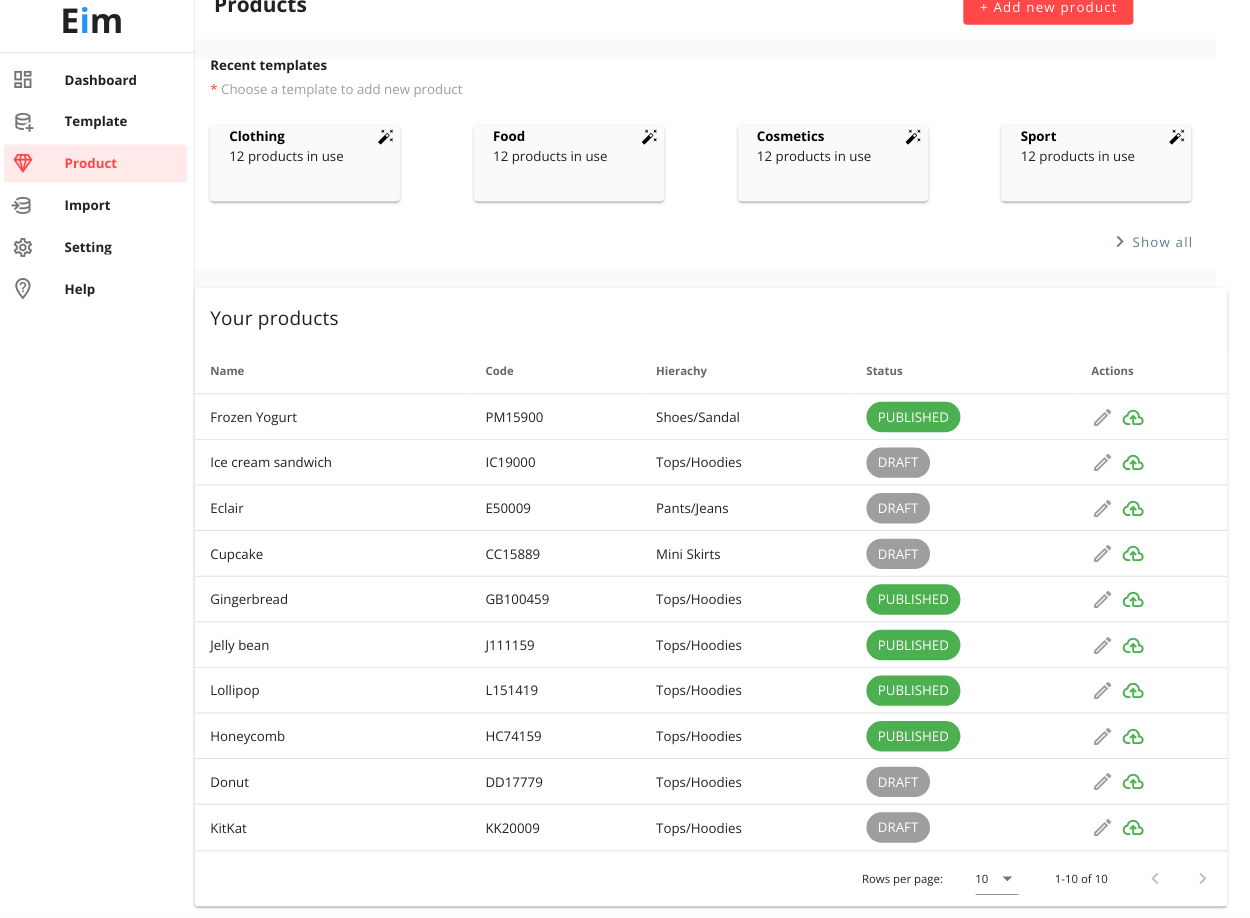
Repository: nguyenphuong152/pim-template
Page: /product
These files come from the project's save history. The page is drawn as it stood at one moment and after the next save; the edit follows.
The browser window is 1280 px wide. The page is 1316 px wide, so the pictures cover 1316 px, including what lies to the right of the window. The pictures show the whole page, at 95% of full size.
The project was rebuilt for these pictures with package versions that can differ from the ones it lists, and the page was loaded fresh each time. Also part of the build but not shown: vue.config.js, src/views/Home.vue, src/components/Outcome_1/SearchTemplate.vue, src/components/Outcome_1/YourTemplate.vue, src/components/Outcome_1/ListComponent.vue, src/components/Outcome_1/AddInfo.vue, src/components/Outcome_1/AddDetail.vue, src/components/Outcome_1/ListComponentProgressive.vue and 18 more.

Above is the page before, as saved 2021-01-19 00:15:29.

### public/index.html
<!DOCTYPE html>
<html lang="en">
  <head>
    <meta charset="utf-8" />
    <meta http-equiv="X-UA-Compatible" content="IE=edge" />
    <meta name="viewport" content="width=device-width,initial-scale=1.0" />
    <link rel="icon" href="<%= BASE_URL %>favicon.ico" />
    <link rel="preconnect" href="https://fonts.gstatic.com" />
    <link rel="preconnect" href="https://fonts.gstatic.com" />
    <link rel="preconnect" href="https://fonts.gstatic.com" />
    <link
      href="https://fonts.googleapis.com/css2?family=Open+Sans:wght@300;400;600;700;800&display=swap"
      rel="stylesheet"
    />
    <link
      href="https://fonts.googleapis.com/css?family=Montserrat:300,400,500,600,700"
      rel="stylesheet"
    />
    <title><%= htmlWebpackPlugin.options.title %></title>
    <link
      rel="stylesheet"
      href="https://fonts.googleapis.com/css?family=Roboto:100,300,400,500,700,900"
    />
    <link
      rel="stylesheet"
      href="https://cdn.jsdelivr.net/npm/@mdi/font@latest/css/materialdesignicons.min.css"
    />
  </head>
  <body>
    <noscript>
      <strong
        >We're sorry but <%= htmlWebpackPlugin.options.title %> doesn't work
        properly without JavaScript enabled. Please enable it to
        continue.</strong
      >
    </noscript>
    <div id="app"></div>
    <!-- built files will be auto injected -->
  </body>
</html>

### src/main.js
import Vue from "vue";
import App from "./App.vue";
import router from "./router";
import "../sass/style.scss";
import vuetify from "./plugins/vuetify";
import store from "./store";
import { VueMaskDirective } from "v-mask";
Vue.directive("mask", VueMaskDirective);

Vue.config.productionTip = false;

new Vue({
  store,
  router,
  vuetify,
  render: (h) => h(App),
}).$mount("#app");

### src/App.vue
<template>
  <v-app v-bind:style="{ background: activeColor }">
    <v-card height="80" flat class="hidden-md-and-up align-baseline">
      <v-row style="height:0px">
        <v-col class="px-0" cols="3">
          <span class="logo text-start">
            E<span class="blue--text">i</span>m</span
          >
        </v-col>
        <v-col>
          <div class="text-end">
            <v-menu offset-y>
              <template v-slot:activator="{ on }">
                <v-app-bar-nav-icon v-on="on"></v-app-bar-nav-icon>
              </template>
              <v-list>
                <v-list-item
                  v-for="(item, index) in items"
                  :key="index"
                  :to="item.path"
                  color="blue"
                >
                  <v-list-item-title class="text-start">{{
                    item.title
                  }}</v-list-item-title>
                </v-list-item>
              </v-list>
            </v-menu>
          </div>
        </v-col>
      </v-row>
    </v-card>

    <v-row>
      <v-col cols="2" class="pa-0 hidden-xs-only">
        <v-navigation-drawer permanent width="220" class="hidden-xs-only">
          <v-list-item>
            <v-list-item-content>
              <v-list-item-title class="logo">
                E<span class="blue--text">i</span>m
              </v-list-item-title>
            </v-list-item-content>
          </v-list-item>

          <v-divider></v-divider>

          <v-list dense nav class="text-start pl-4">
            <v-list-item
              v-for="item in items"
              :key="item.title"
              :to="item.path"
              color="#FF4848"
            >
              <v-list-item-icon>
                <v-icon>{{ item.icon }}</v-icon>
              </v-list-item-icon>
              <v-list-item-content>
                <v-list-item-title class="template-title font-weight-bold ">{{
                  item.title
                }}</v-list-item-title>
              </v-list-item-content>
            </v-list-item>
          </v-list>
        </v-navigation-drawer>
      </v-col>
      <v-col class="pa-0">
        <router-view />
      </v-col>
    </v-row>
  </v-app>
</template>

<script>
export default {
  name: "App",
  components: {},
  watch: {
    $route(to) {
      document.title = `${to.meta.title}`;
    },
  },
  data() {
    return {
      clicked: false,
      activeColor: "#FAFAFA",
      items: [
        { title: "Dashboard", icon: "mdi-view-dashboard-outline", path: "" },
        {
          title: "Template",
          icon: "mdi-database-plus-outline",
          path: "/template",
        },
        { title: "Product", icon: "mdi-diamond-stone", path: "/product" },
        {
          title: "Import",
          icon: "mdi-database-import-outline",
          path: "/import",
        },

        { title: "Setting", icon: "mdi-cog-outline", path: "" },
        { title: "Help", icon: "mdi-map-marker-question-outline", path: "" },
      ],
      right: null,
    };
  },
};
</script>

### src/router/index.js
import Vue from "vue";
import VueRouter from "vue-router";
import Home from "../views/Home.vue";
import Template from "../views/Outcome_1/CreateProductTemplate.vue";
import Product from "../views/Outcome_2/Outcome_2_screen.vue";
import AddProduct from "../views/Outcome_2/AddProduct.vue";
import Import from "../views/Outcome_3/outcome3_screen.vue";

Vue.use(VueRouter);

const routes = [
  {
    path: "/",
    name: "Home",
    component: Home,
  },
  {
    path: "/template",
    name: "Template",
    component: Template,
    meta: {
      title: "Add Template",
    },
  },
  {
    path: "/product",
    name: "Product",
    component: Product,
    meta: {
      title: "Product",
    },
  },
  {
    path: "/addproduct/:name",
    name: "AddProduct",
    component: AddProduct,
    meta: {
      title: "Add Product",
    },
  },
  {
    path: "/import",
    name: "Import",
    component: Import,
    meta: {
      title: "Import",
    },
  },
  {
    path: "/about",
    name: "About",
    // route level code-splitting
    // this generates a separate chunk (about.[hash].js) for this route
    // which is lazy-loaded when the route is visited.
    component: () =>
      import(/* webpackChunkName: "about" */ "../views/About.vue"),
  },
];

const router = new VueRouter({
  mode: "history",
  base: process.env.BASE_URL,
  routes,
});

export default router;

### sass/style.scss
$font-primary: 'Open Sans',
sans-serif;

@import "~vuetify/src/styles/styles.sass";

$fontsize-content: 14px;
$fontsize-title: 24px;
$fontsize-logo:36px;
$fontsize-header:22px;
$fontsize-nav:20px;


#app {
  font-family: $font-primary;
   font-size:$fontsize-content;
  -webkit-font-smoothing: antialiased;
  -moz-osx-font-smoothing: grayscale;
  text-align: center;
  color: #2c3e50;
}

#nav {
  padding: 30px;
}

#nav a {
  font-weight: bold;
  color: #2c3e50;
}

#nav a.router-link-exact-active {
  color: #42b983;
}

.title {
  font: $font-primary !important;
  font-size: $fontsize-nav !important;
}

.logo {
  @extend .title;
  font-weight: 700 !important;
  font-size: $fontsize-logo !important;
}

.text-header {
  font: $font-primary !important;
  font-size: $fontsize-header !important;
  font-weight: 700;
}


.template-title {
  @extend .title;
  font-size: $fontsize-content !important;
}

### src/store/index.js
import Vue from "vue";
import Vuex from "vuex";

Vue.use(Vuex);

import state from "./state";
import * as getters from "./getters";
import * as mutations from "./mutations";
import * as actions from "./actions";

export default new Vuex.Store({
  state,
  getters,
  mutations,
  actions,
});

### src/views/Outcome_2/Outcome_2_screen.vue
<template>
  <div>
    <v-row>
      <v-col height="100%"
        ><Search />
        <br />
        <RecentTemplate />
        <br />
        <ListProduct
          :class="{
            'mx-6': $vuetify.breakpoint.smAndDown,
            'ma-0': $vuetify.breakpoint.mdAndUp,
          }"
        />
      </v-col>
    </v-row>
  </div>
</template>

<script>
import Search from "../../components/Outcome_2/SearchProduct";
import RecentTemplate from "../../components/Outcome_2/RecentTemplate";
import ListProduct from "../../components/Outcome_2/ListProduct";
export default {
  components: {
    Search,
    RecentTemplate,
    ListProduct,
  },
};
</script>

<style></style>

### src/store/state.js
export default {
  listNewComponent: [],

  basicInfo: [],
  textComponent: [],
  imageComponent: null,
  videoComponent: null,
  colorComponent: null,
  dateComponent: [],
  selectComponent: {
    selectionTitle: [],
  },
  listTemplate: [],
  customComponent: [],

  toogleRerenderComponent: 0,
  generateImage: 1,
};

### src/store/getters.js
export const listComponent = (state) => {
  return state.listNewComponent;
};

export const basicInfo = (state) => {
  return state.basicInfo;
};

export const textComponent = (state) => {
  return state.textComponent;
};
export const imageComponent = (state) => {
  return state.imageComponent;
};
export const videoComponent = (state) => {
  return state.videoComponent;
};
export const colorComponent = (state) => {
  return state.colorComponent;
};
export const dateComponent = (state) => {
  return state.dateComponent;
};
export const selectComponent = (state) => {
  return state.selectComponent;
};

export const key = (state) => {
  return state.toogleRerenderComponent;
};

export const listTemplate = (state) => {
  return state.listTemplate;
};

export const generateImage = (state) => {
  return state.generateImage;
};

### src/store/actions.js
export const addComponentToList = ({ commit }, { component }) => {
  commit("ADD_TO_LIST", { component });
};

export const deleteComponentFromList = ({ commit }, component) => {
  commit("DELETE_FROM_LIST", component);
};

export const addBasicInfoForTemplate = ({ commit }, { basicInfo }) => {
  commit("ADD_BASIC_INFO_FOR_TEMPLATE", basicInfo);
};

export const addTextComponentForTemplate = ({ commit }, { textComponent }) => {
  commit("ADD_TEXT_COMPONENT_FOR_TEMPLATE", textComponent);
};

export const addImageComponentForTemplate = ({ commit }, { countImage }) => {
  commit("ADD_IMAGE_COMPONENT_FOR_TEMPLATE", countImage);
};

export const addVideoComponentForTemplate = ({ commit }, { countVideo }) => {
  commit("ADD_VIDEO_COMPONENT_FOR_TEMPLATE", countVideo);
};

export const addColorComponentForTemplate = ({ commit }, { countColor }) => {
  commit("ADD_COLOR_COMPONENT_FOR_TEMPLATE", countColor);
};

export const addDateComponentForTemplate = ({ commit }, { dateComponent }) => {
  commit("ADD_DATE_COMPONENT_FOR_TEMPLATE", dateComponent);
};

export const addSelectComponentForTemplate = (
  { commit },
  { title, selections }
) => {
  commit("ADD_SELECT_COMPONENT_FOR_TEMPLATE", { title, selections });
};

export const rerenderComponent = ({ commit }) => {
  commit("RERENDER_COMPONENT");
};

export const generateImage = ({ commit }) => {
  commit("GENERATE_IMAGE");
};

export const deleteListTemplate = ({ commit }) => {
  commit("DELETE_LIST");
};

export const createTemplate = (
  { commit },
  {
    name,
    basicInfo,
    textComponent,
    imageComponent,
    videoComponent,
    colorComponent,
    dateComponent,
    selectComponent,
  }
) => {
  commit("CREATE_TEMPLATE", {
    name,
    basicInfo,
    textComponent,
    imageComponent,
    videoComponent,
    colorComponent,
    dateComponent,
    selectComponent,
  });
};

### src/components/Outcome_2/SearchProduct.vue
<template>
  <v-card class="text-start" height="65" flat>
    <v-row class="d-flex align-baseline">
      <v-col class="text-header pl-8">Products</v-col>
      <v-col sm="8" md="3" class="pa-0 hidden-xs-only">
        <v-row class="align-baseline">
          <v-btn
            depressed
            color="#ff4848"
            class="white--text text-none font-weight-medium"
          >
            + Add new product</v-btn
          >
        </v-row>
      </v-col>
    </v-row>
  </v-card>
</template>

<script>
export default {
  methods: {},
};
</script>

<style></style>

### src/components/Outcome_2/RecentTemplate.vue
<template>
  <v-card :height="setHeight" width="100%" class="py-2" flat>
    <v-row class="align-baseline mx-4">
      <v-col class="py-0 text-start px-0" cols="9"
        ><span class="font-weight-bold">Recent templates</span>
      </v-col>
    </v-row>
    <v-row class="mx-4 my-4">
      <span class="grey--text"
        ><span class="red--text">* </span> Choose a template to add new
        product</span
      >
    </v-row>
    <v-row>
      <v-col v-for="(item, i) in items" :key="i" class="mx-4 " xs="6">
        <v-card
          color="#fafafa"
          :width="setWidthCard"
          height="80"
          @click="addProduct(item.name)"
        >
          <div class="d-flex child-flex justify-space-between">
            <v-row>
              <v-col class="text-start pl-8">
                <span class="template-title font-weight-bold black--text">{{
                  item.name
                }}</span>
                <br />
                <span class="font-weight-thin">{{ item.products }}</span>
              </v-col>
              <v-col cols="1">
                <v-icon color="black" size="18" @click="showAddTemplate()"
                  >mdi-auto-fix</v-icon
                >
              </v-col>
            </v-row>
          </div>
        </v-card>
      </v-col>
      <v-row class="align-baseline hidden-md-and-up">
        <v-col class="text-start pl-10">
          <v-btn outlined style="text-transform:none" color="blue"
            >Add template</v-btn
          >
        </v-col>
        <v-col cols="5">
          <v-dialog v-model="dialog" scrollable max-width="300px">
            <template v-slot:activator="{ on, attrs }">
              <v-btn
                color="blue-grey"
                dark
                v-bind="attrs"
                v-on="on"
                text
                style="text-transform:none"
              >
                <v-icon color="blue-grey"> mdi-chevron-right </v-icon>Show all
              </v-btn>
            </template>
            <v-card height="100%">
              <v-card-title>
                Your template
                <v-spacer></v-spacer>
                <v-icon color="red" @click="dialog = false"
                  >mdi-window-close</v-icon
                >
              </v-card-title>
              <v-divider></v-divider>
              <v-card-text style="height:500px;">
                <v-col v-for="(item, i) in templates" :key="i"
                  ><v-card color="#fafafa" @click="addProduct(item.name)">
                    <div class="d-flex flex-no-wrap justify-space-between">
                      <div>
                        <v-row>
                          <v-col class="text-start pl-8">
                            <span
                              class="template-title font-weight-bold black--text"
                              >{{ item.name }}</span
                            >
                            <br />
                            <span class="font-weight-thin">{{
                              item.products
                            }}</span>
                          </v-col>
                        </v-row>
                      </div>
                    </div>
                  </v-card></v-col
                ></v-card-text
              >
            </v-card>
          </v-dialog>
        </v-col>
      </v-row>
    </v-row>
    <v-row>
      <v-col cols="10" class="px-0"></v-col>
      <v-col class="px-0">
        <v-dialog v-model="dialog" scrollable max-width="300px">
          <template v-slot:activator="{ on, attrs }">
            <v-btn
              color="blue-grey"
              dark
              v-bind="attrs"
              v-on="on"
              text
              style="text-transform:none"
            >
              <v-icon color="blue-grey"> mdi-chevron-right </v-icon>Show all
            </v-btn>
          </template>
          <v-card height="100%">
            <v-card-title>
              Your template
              <v-spacer></v-spacer>
              <v-icon color="red" @click="dialog = false"
                >mdi-window-close</v-icon
              >
            </v-card-title>
            <v-divider></v-divider>
            <v-card-text style="height:500px;">
              <v-col v-for="(item, i) in templates" :key="i"
                ><v-card color="#fafafa" @click="addProduct(item.name)">
                  <div class="d-flex flex-no-wrap justify-space-between">
                    <div>
                      <v-row>
                        <v-col class="text-start pl-8">
                          <span
                            class="template-title font-weight-bold black--text"
                            >{{ item.name }}</span
                          >
                          <br />
                          <span class="font-weight-thin">{{
                            item.products
                          }}</span>
                        </v-col>
                      </v-row>
                    </div>
                  </div>
                </v-card></v-col
              ></v-card-text
            >
          </v-card>
        </v-dialog>
      </v-col>
    </v-row>
  </v-card>
</template>

<script>
export default {
  data: () => ({
    dialog: false,
    items: [
      {
        name: "Clothing",
        products: "12 products in use",
      },
      {
        name: "Food",
        products: "12 products in use",
      },
      {
        name: "Cosmetics",
        products: "12 products in use",
      },
      {
        name: "Sport",
        products: "12 products in use",
      },
    ],
    templates: [
      {
        name: "Clothing",
        products: "12 products in use",
      },
      {
        name: "Food",
        products: "12 products in use",
      },
      {
        name: "Cosmetics",
        products: "12 products in use",
      },
      {
        name: "Sport",
        products: "12 products in use",
      },
    ],
  }),
  methods: {
    addProduct(text) {
      this.$router.push({
        name: "AddProduct",
        params: { name: text },
      });
    },
  },
  created() {
    this.listTemplate = this.$store.getters.listTemplate;
    for (var i = 0; i < this.listTemplate.length; i++) {
      var element = {};
      element.name = this.listTemplate[i].name;
      element.products = "Add new product !";
      this.templates.unshift(element);
    }
  },
  computed: {
    setHeight() {
      if (
        this.$vuetify.breakpoint.name === "xs" ||
        this.$vuetify.breakpoint.name === "sm"
      ) {
        return 350;
      } else return 220;
    },
    setWidthCard() {
      if (
        this.$vuetify.breakpoint.name === "xs" ||
        this.$vuetify.breakpoint.name === "sm"
      ) {
        return 150;
      } else if (this.$vuetify.breakpoint.name === "md") {
        return 200;
      } else return 200;
    },
  },
};
</script>

<style></style>

### src/components/Outcome_2/ListProduct.vue
<template>
  <v-card>
    <v-card-title>
      Your products
    </v-card-title>
    <v-data-table :headers="headers" :items="desserts">
      <template v-slot:item.status="{ item }">
        <v-chip :color="getColor(item.status)" dark>
          {{ item.status }}
        </v-chip>
      </template>
      <template v-slot:item.actions="{ item }">
        <v-icon medium class="mr-2" @click="editItem(item)" color="grey">
          mdi-pencil-outline
        </v-icon>
        <v-icon medium @click="deleteItem(item)" color="green">
          mdi-cloud-upload-outline
        </v-icon>
      </template>
    </v-data-table>
  </v-card>
</template>

<script>
export default {
  data() {
    return {
      search: "",
      headers: [
        {
          text: "Name",
          align: "start",
          sortable: false,
          value: "name",
        },
        { text: "Code", value: "code" },
        { text: "Hierachy", value: "hierachy" },
        { text: "Status", value: "status" },
        { text: "Actions", value: "actions", sortable: false },
      ],
      desserts: [
        {
          name: "Frozen Yogurt",
          code: "PM15900",
          hierachy: "Shoes/Sandal",
          status: "PUBLISHED",
        },
        {
          name: "Ice cream sandwich",
          code: "IC19000",
          hierachy: "Tops/Hoodies",
          status: "DRAFT",
        },
        {
          name: "Eclair",
          code: "E50009",
          hierachy: "Pants/Jeans",
          status: "DRAFT",
        },
        {
          name: "Cupcake",
          code: "CC15889",
          hierachy: "Mini Skirts",
          status: "DRAFT",
        },
        {
          name: "Gingerbread",
          code: "GB100459",
          hierachy: "Tops/Hoodies",
          status: "PUBLISHED",
        },
        {
          name: "Jelly bean",
          code: "J111159",
          hierachy: "Tops/Hoodies",
          status: "PUBLISHED",
        },
        {
          name: "Lollipop",
          code: "L151419",
          hierachy: "Tops/Hoodies",
          status: "PUBLISHED",
        },
        {
          name: "Honeycomb",
          code: "HC74159",
          hierachy: "Tops/Hoodies",
          status: "PUBLISHED",
        },
        {
          name: "Donut",
          code: "DD17779",
          hierachy: "Tops/Hoodies",
          status: "DRAFT",
        },
        {
          name: "KitKat",
          code: "KK20009",
          hierachy: "Tops/Hoodies",
          status: "DRAFT",
        },
      ],
    };
  },
  methods: {
    getColor(status) {
      if (status === "DRAFT") return "grey";
      else return "green";
    },
  },
};
</script>

Loaded but not shown: src/plugins/vuetify.js (common file); src/store/mutations.js (113 lines, source omitted)

After the next save:
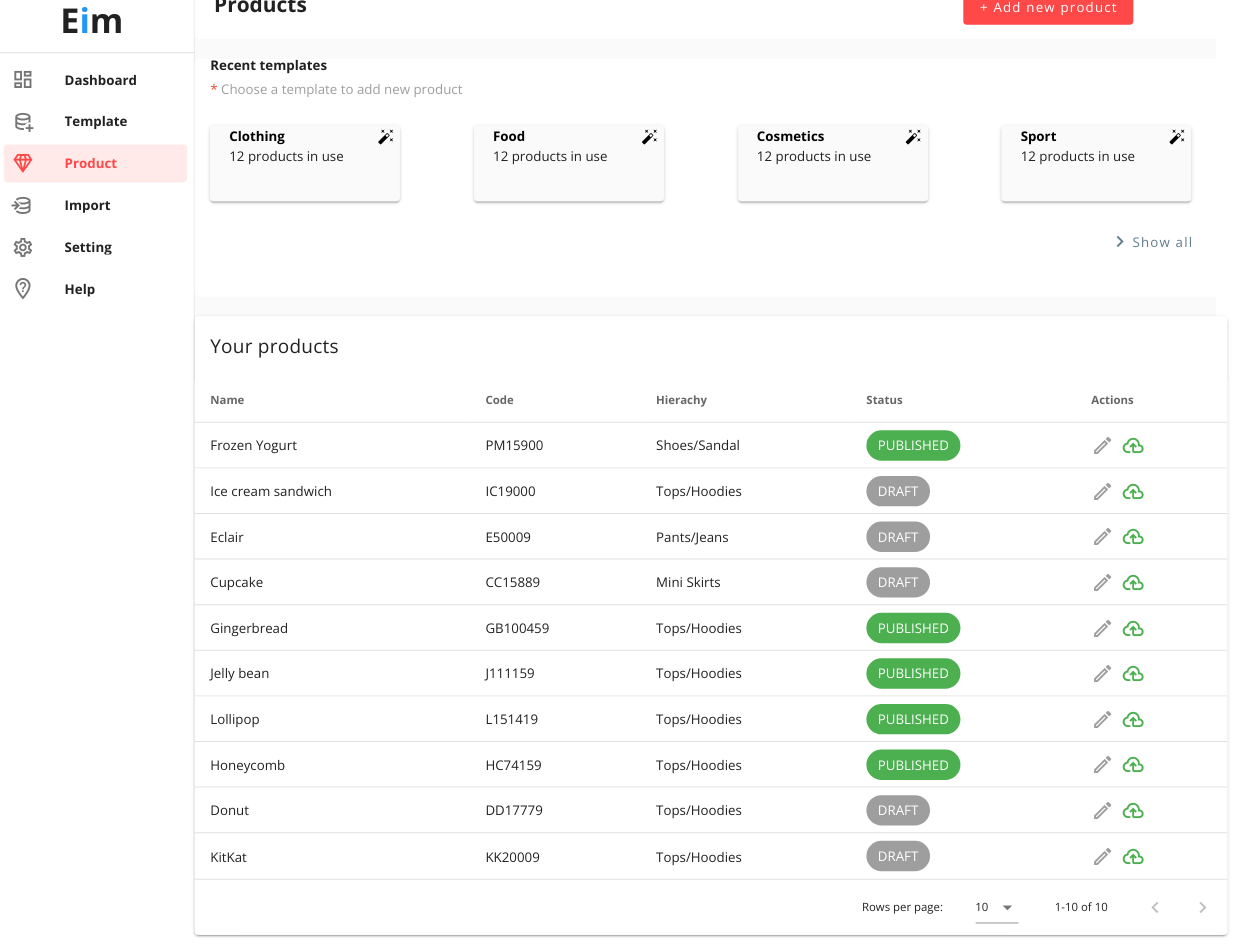
Saved 55 s later.
--- a/src/components/Outcome_2/RecentTemplate.vue
+++ b/src/components/Outcome_2/RecentTemplate.vue
@@ -212,7 +212,7 @@ export default {
         this.$vuetify.breakpoint.name === "sm"
       ) {
         return 350;
-      } else return 220;
+      } else return 250;
     },
     setWidthCard() {
       if (
